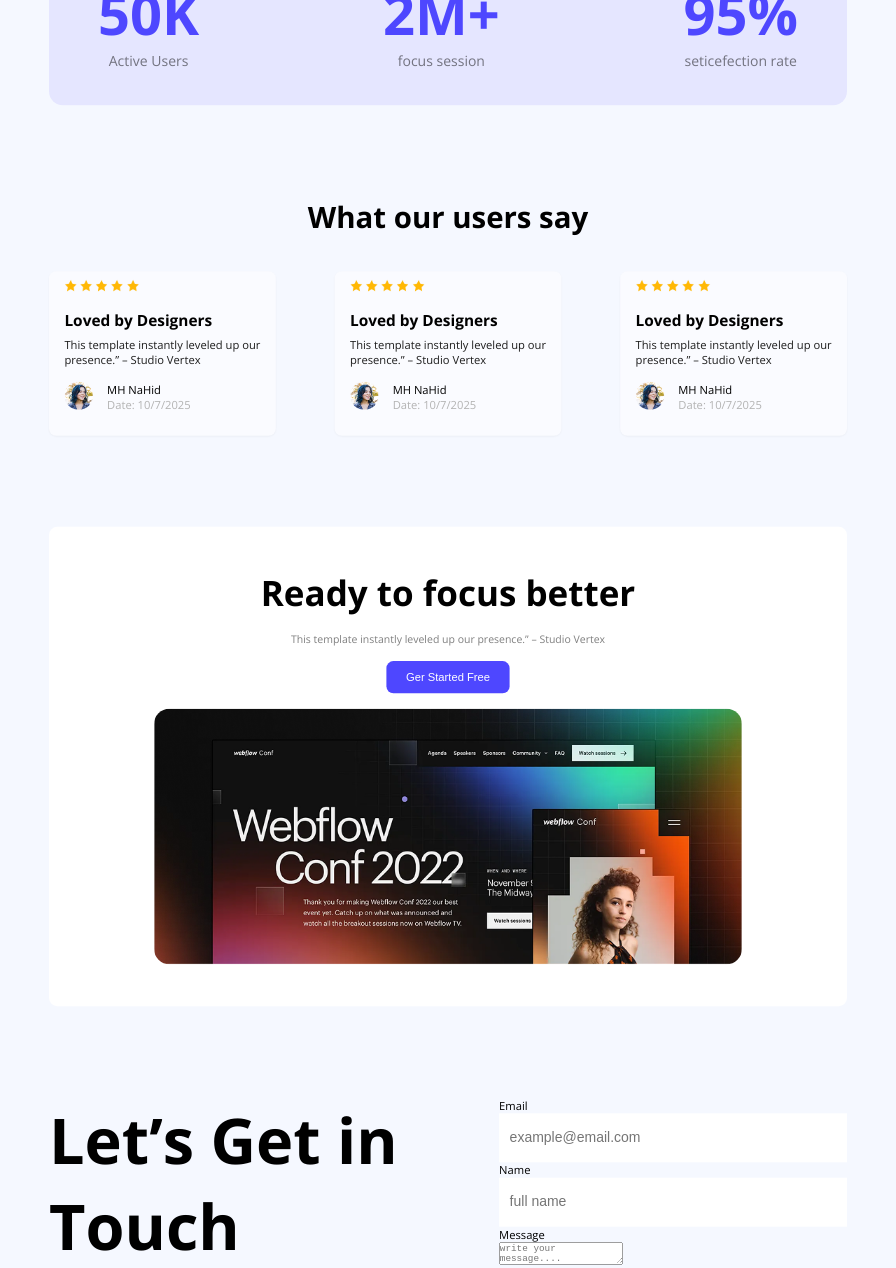
Repository: nahid-hasann/website-3
Page: index.html
These files come from the project's save history. The page is drawn as it stood at one moment and after a run of saves; the edit follows.
The browser window is 1280 px wide. The pictures show the part of the page from y = 1479 to 3399 px (the page is 3290 px tall before and 3399 px after), at 70% of full size.

Above is the page before, as saved 2025-07-10 22:29:35.

After the next 5 saves:
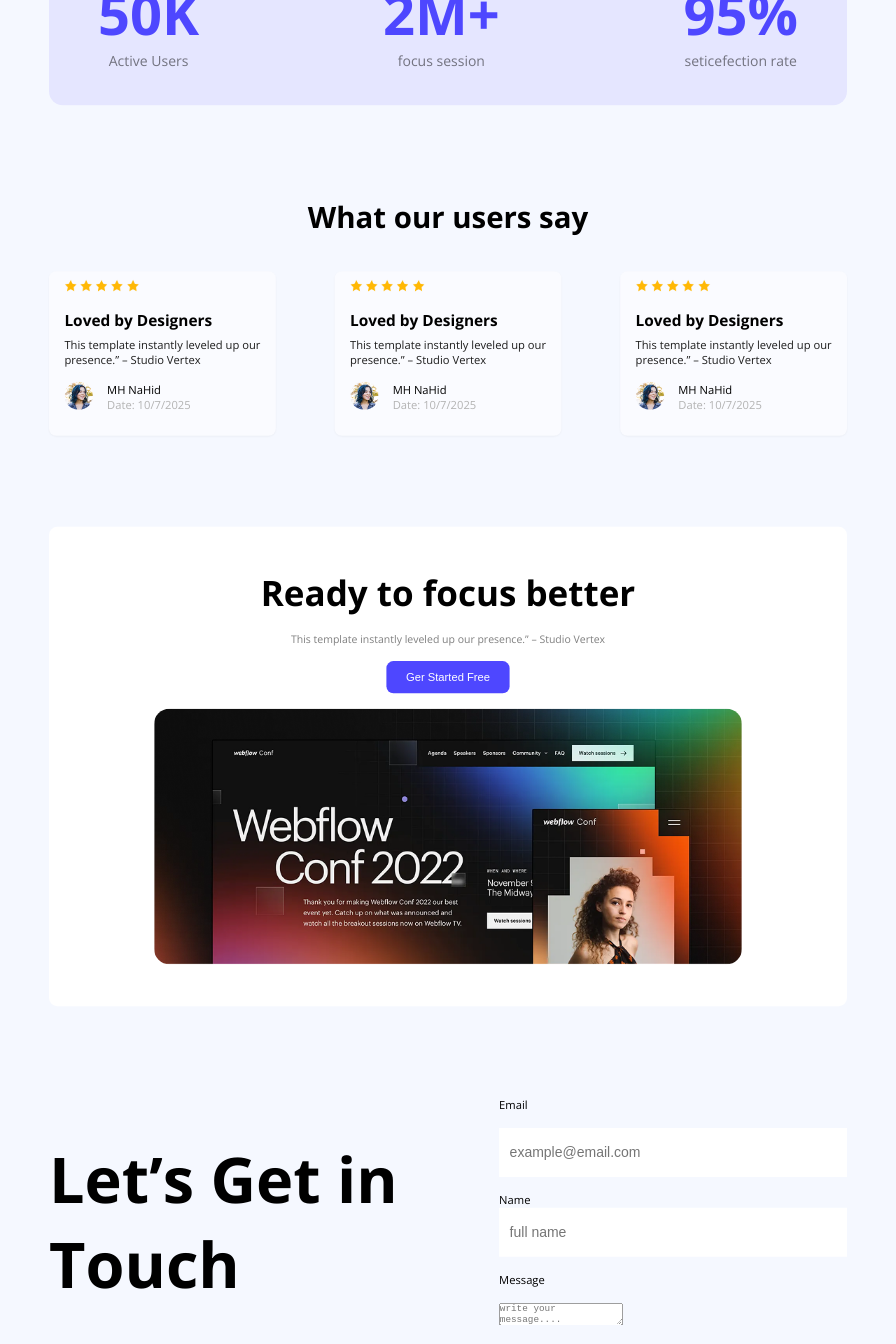
The 5 saves are shown as one change because they came seconds apart.
The last was saved 48 s later.
--- a/index.html
+++ b/index.html
@@ -177,12 +177,12 @@
 
     <form class="form" action="">
 
-        <label for="">Email</label> <br>
-        <input type="email" name="" placeholder="example@email.com" id=""> <br>
+        <label for="">Email</label> <br> <br>
+        <input type="email" name="" placeholder="example@email.com" id=""> <br> <br>
         <label for="">Name</label> <br>
-        <input type="text" placeholder="full name"> <br>
-        <label for="">Message</label> <br>
-        <textarea name="" placeholder="write your message...." id=""></textarea> <br>
+        <input type="text" placeholder="full name"> <br><br>
+        <label for="">Message</label> <br> <br>
+        <textarea name="" placeholder="write your message...." id=""></textarea> <br><br>
 
     </form>
 
